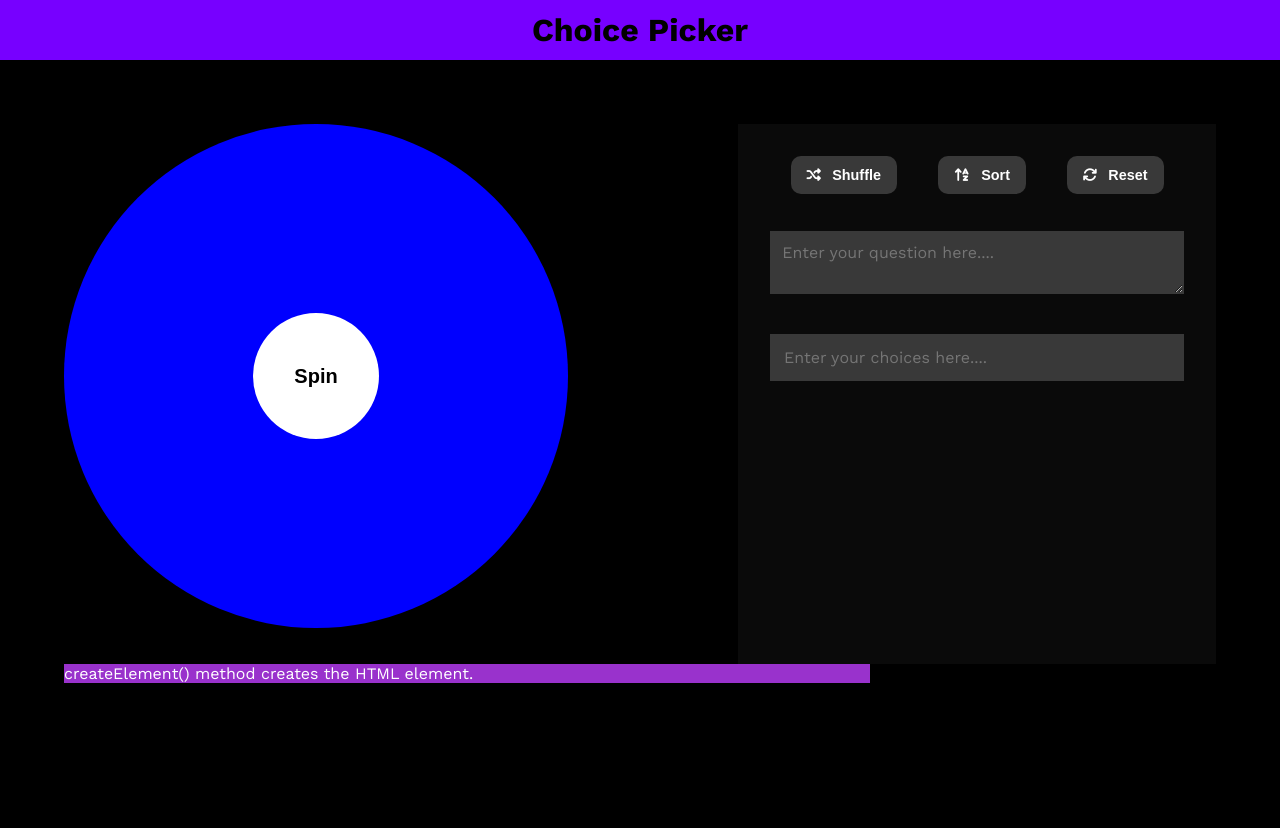
Repository: emiliaiwu/choice_wheel_spinner
Page: index.html
These files come from the project's save history. The page is drawn as it stood at one moment and after the next save; the edit follows.
The browser window is 1280 px wide. The pictures show the whole page.
Some web libraries are served in a nearby version.

Above is the page before, as saved 2023-01-10 01:33:24.

After the next save:
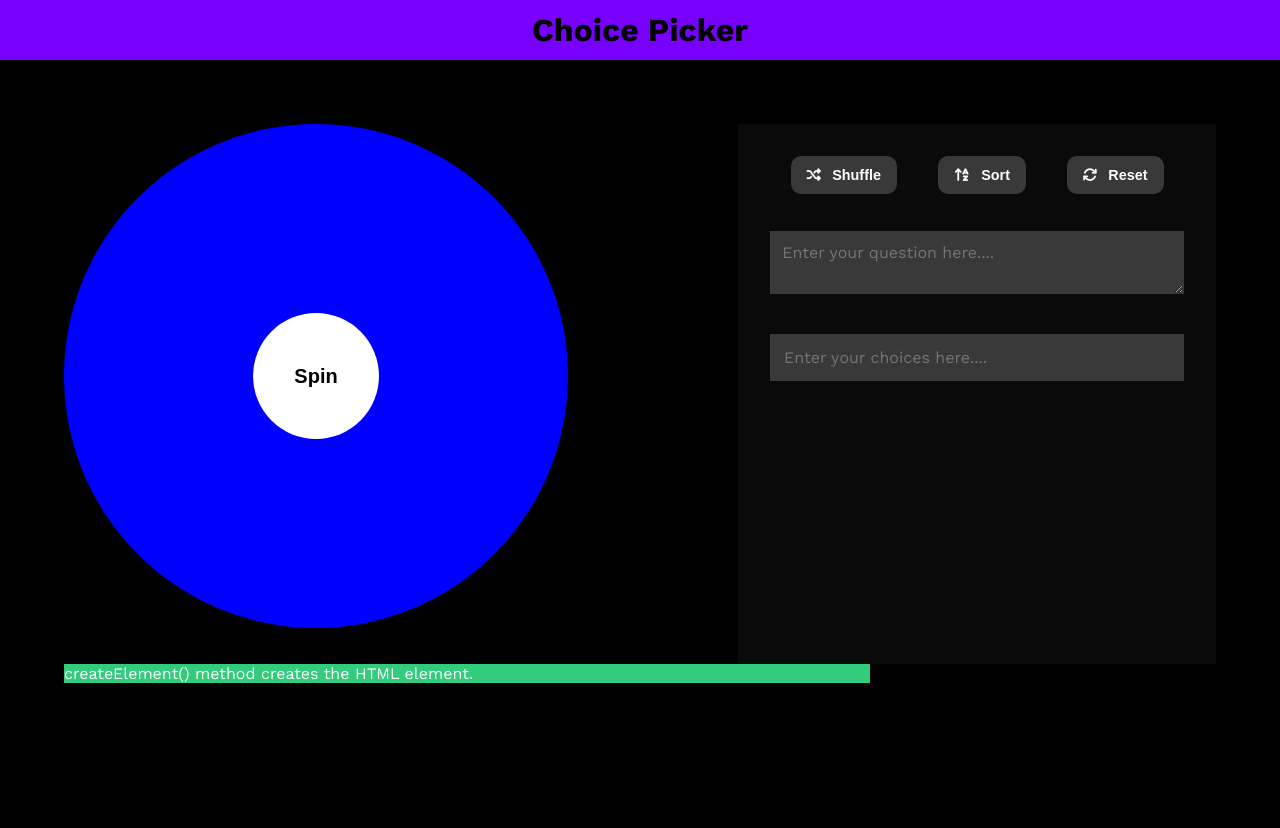
Saved 17 s later.
--- a/style.css
+++ b/style.css
@@ -152,7 +152,7 @@ input[type="text"] {
 }
 
 .display_question {
-    background-color: darkorchid;
+    background-color: rgb(50, 204, 124);
 }
 
 
